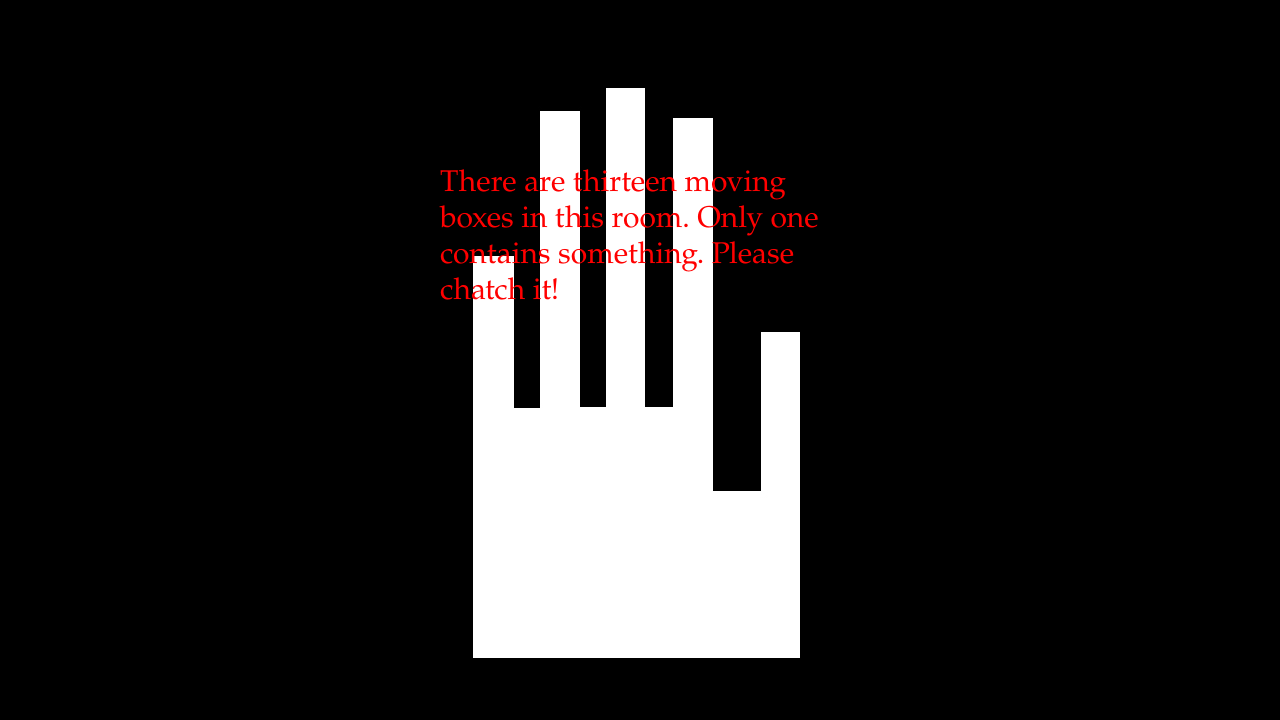
Repository: yiy225/yiy225.github.io
Page: final/c1.html
The author's editor kept a record of every edit. The page is drawn from the files as they stood at one moment, then again after the next edit.
The browser window is 1280 px wide. The pictures show the whole page.

Above is the page before.

After the next edit:
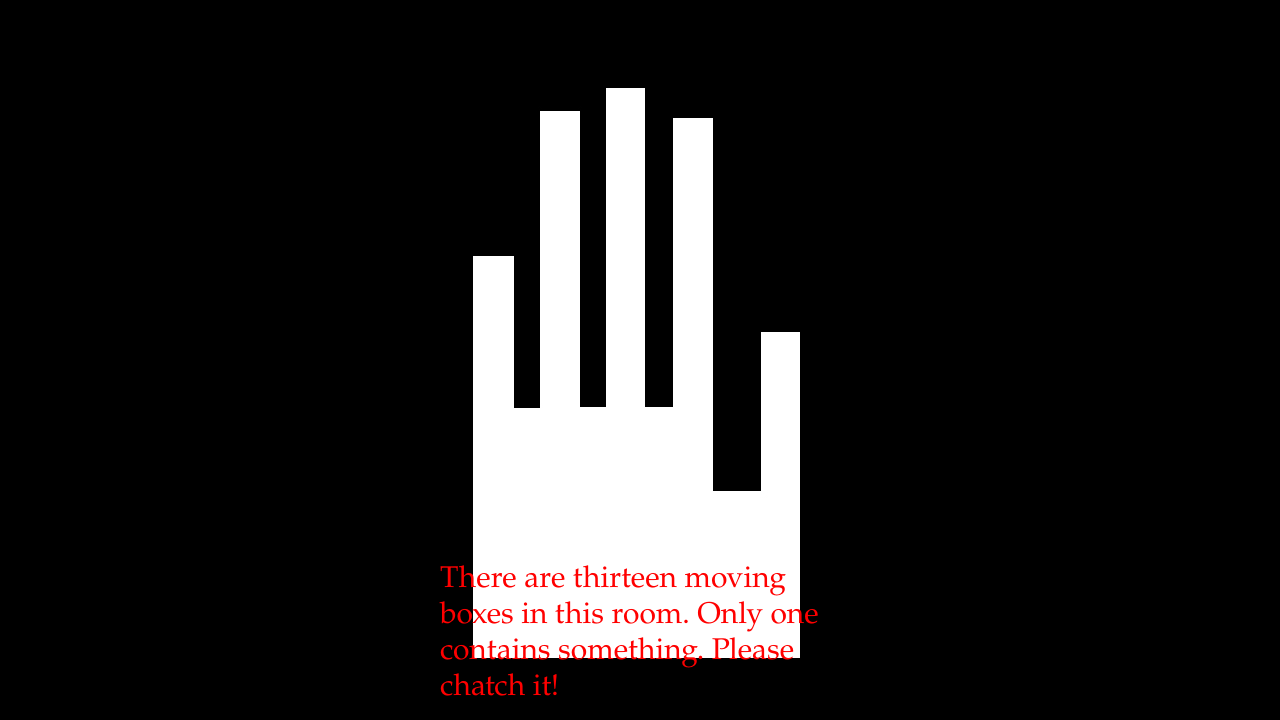
The edit:
--- a/final/c1.html
+++ b/final/c1.html
@@ -12,6 +12,17 @@
          <br>
          <br>
          <br>
+         <br>
+         <br>
+         <br>
+         <br>
+         <br>
+         <br>
+         <br>
+         <br>
+         <br>
+         <br>
+         <br>
          <div class= c1>
          There are thirteen moving boxes in this room. Only one contains something. Please chatch it!
          </div>
